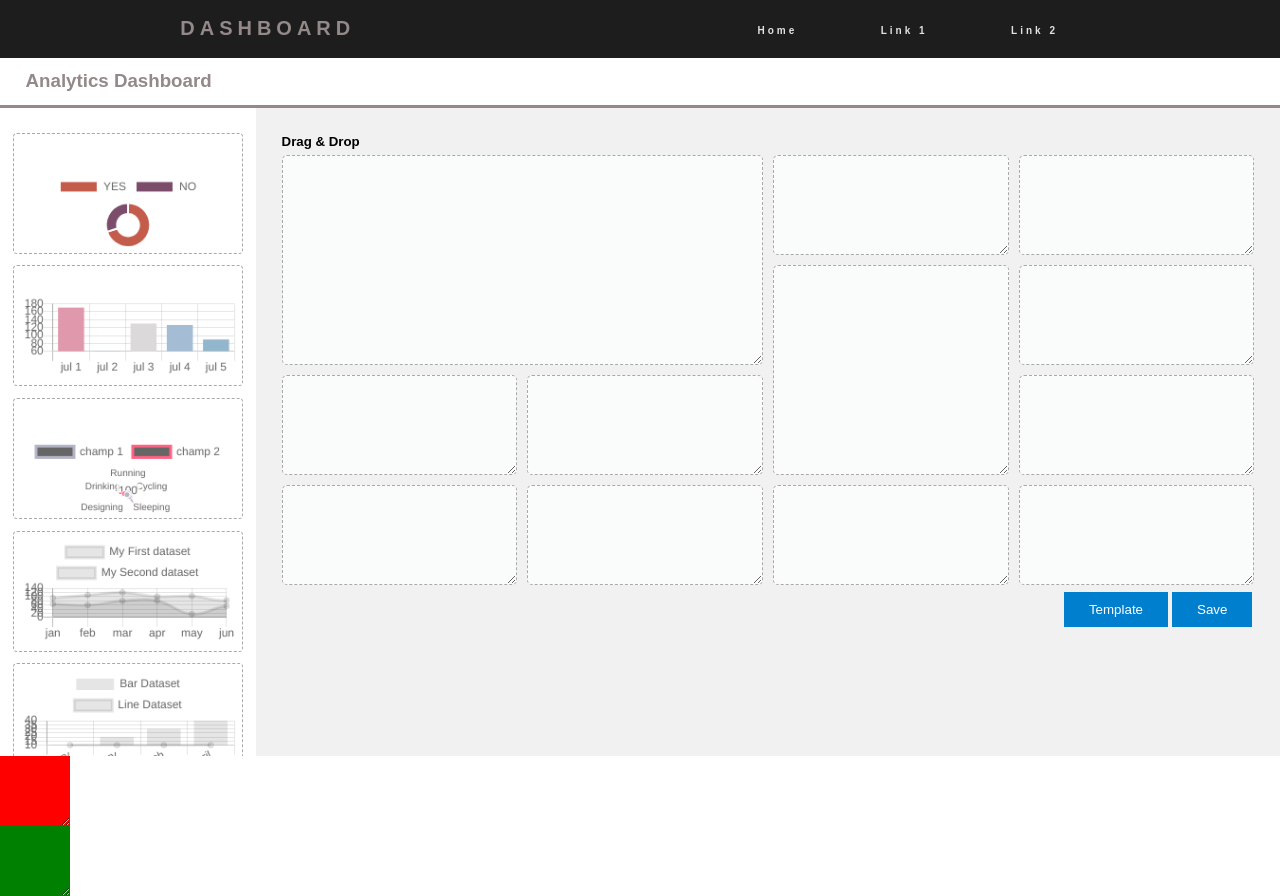
Repository: nourabdelhakam/drag-drop
Page: index.html
The author's editor kept a copy of each file at every save. The page is drawn from the files as they stood at one save, then again after the next save.
The browser window is 1280 px wide. The pictures show the whole page.
Some web libraries are served in a nearby version.

Above is the page before, as saved 2020-07-05 07:42:10.

After the next save:
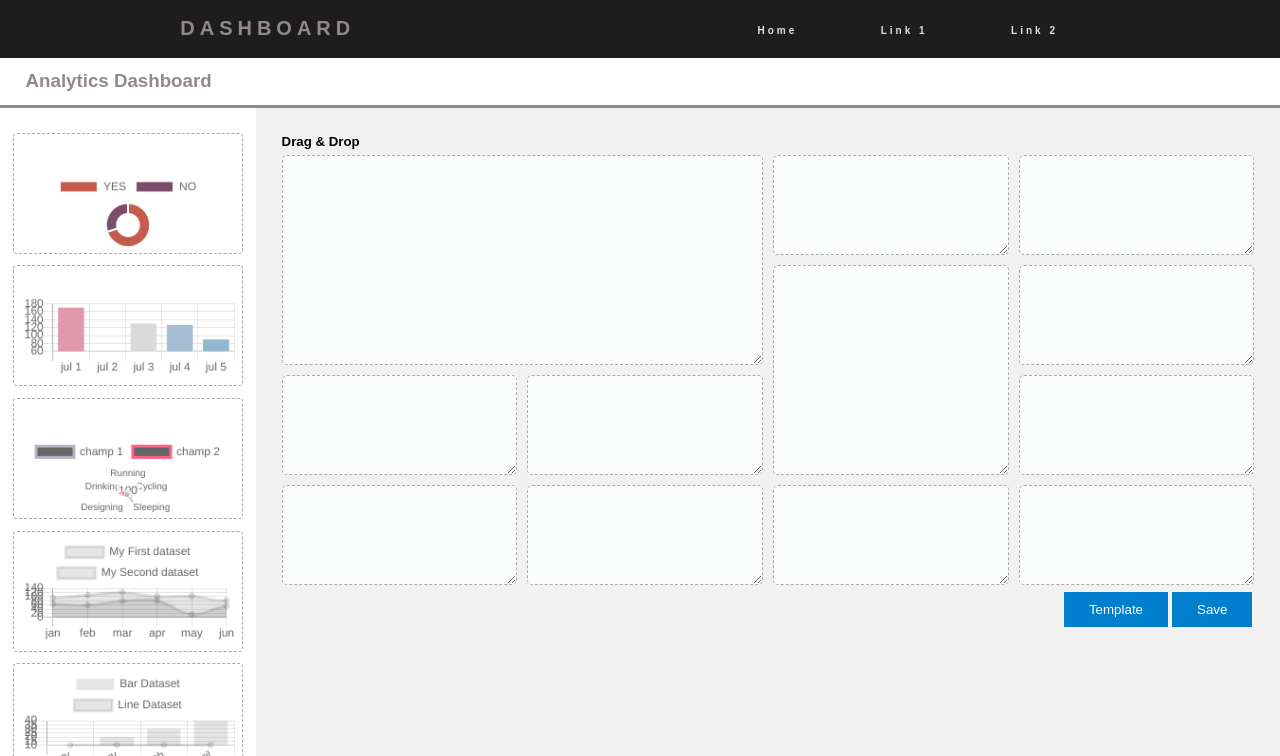
Saved 7 h 29 min later.
--- a/index.html
+++ b/index.html
@@ -65,10 +65,6 @@
               </div>
           </div>
       </section>
-      <section>
-        <div class="lis"></div>
-        <div class="liso"></div>
-      </section>
 
     <script src="main.js" type="text/javascript"></script>
     <script src="chart.js" type="text/javascript"></script>
--- a/css/main.css
+++ b/css/main.css
@@ -121,17 +121,3 @@ canvas {
     float: right;
 
 }
-.lis {
-    width: 70px;
-    height: 70px;
-    resize: both;
-    background-color: red;
-    overflow: auto;
-}
-.liso {
-    width: 70px;
-    height: 70px;
-    resize: both;
-    background-color: green;
-    overflow: auto;
-}
